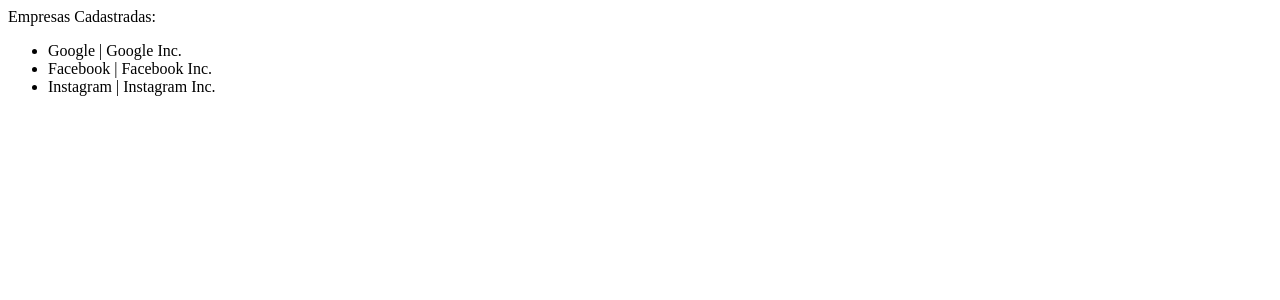
Repository: wwilsoncp/alura-java
Page: http://localhost/gerenciador/listaEmpresas
The author's editor kept a copy of each file at every save. The page is drawn from the files as they stood at one save, then again after the next save.
The browser window is 1280 px wide. The pictures show the whole page.
The page is served by Tomcat 9.

Above is the page before, as saved 2022-05-06 01:42:52.

After the next save:
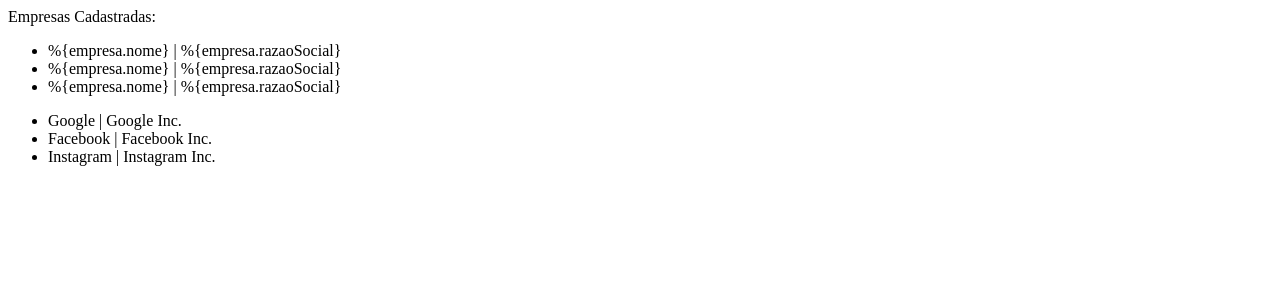
Saved 88 s later.
--- a/gerenciador/WebContent/listaEmpresas.jsp
+++ b/gerenciador/WebContent/listaEmpresas.jsp
@@ -13,6 +13,8 @@
 	<br>
 	<ul>
 		<c:forEach items="${empresas}" var="empresa">
+			<li> %{empresa.nome} | %{empresa.razaoSocial}
+			</li>
 
 		</c:forEach>
 
